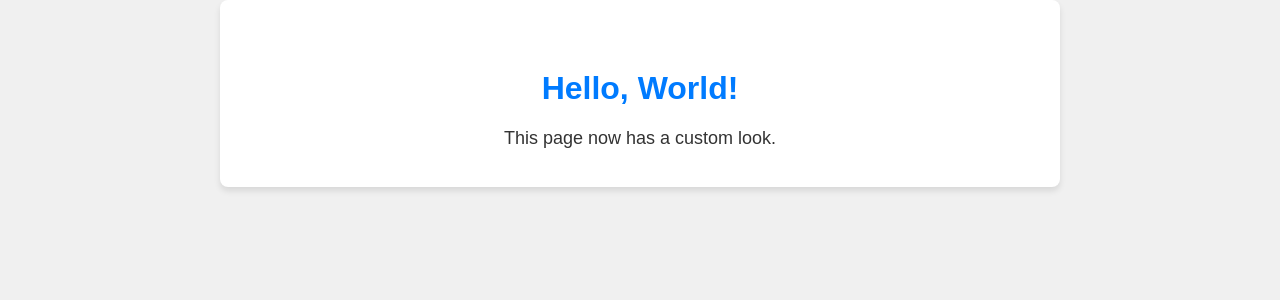
Repository: cameron-mendoza21/Game-Awards24-Fun
Page: http://localhost/
An editor plug-in stored every save of this project. The page is shown before and after the next save, followed by the edit.
The browser window is 1280 px wide. The pictures show the whole page.
The page is served by the project's Node server (index.js).

Above is the page before, as saved 2024-11-19 22:01:59.

After the next save:
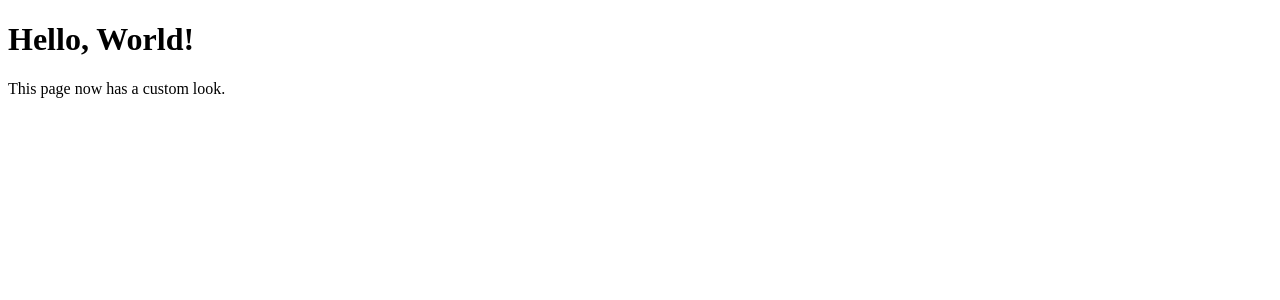
Saved 61 s later.
--- a/views/index.ejs
+++ b/views/index.ejs
@@ -4,7 +4,8 @@
     <meta charset="UTF-8">
     <meta name="viewport" content="width=device-width, initial-scale=1.0">
     <title><%= title %></title>
-    <link rel="stylesheet" href="styles.css">
+    <link href="https://fonts.googleapis.com/css2?family=Roboto:wght@400;700&display=swap" rel="stylesheet">
+
 </head>
 <body>
     <div class="container">
